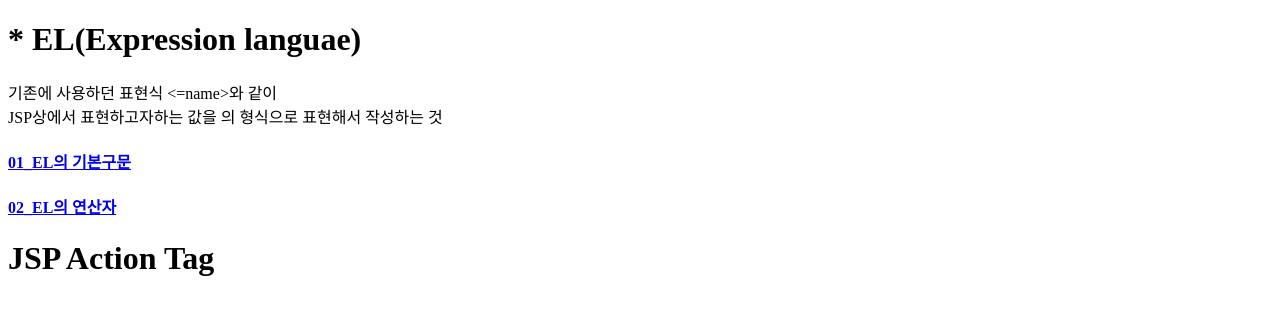
Repository: HwangInTae82/JSPProject
Page: http://localhost/elAction/
These files come from the project's save history. The page is drawn as it stood at one moment and after the next save; the edit follows.
The browser window is 1280 px wide. The pictures show the whole page.
The page is served by Tomcat 10. Other server files are loaded and not shown. The template is opened directly, without the code that normally fills it, so the values that code supplies are empty.

Above is the page before, as saved 2025-02-24 03:05:59.

### elAction/src/main/webapp/index.jsp
<%@ page language="java" contentType="text/html; charset=UTF-8"
    pageEncoding="UTF-8"%>
<!DOCTYPE html>
<html>
<head>
<meta charset="UTF-8">
<title>Insert title here</title>
</head>
<body>
    <h1>* EL(Expression languae)</h1>

    <p>
        기존에 사용하던 표현식 &lt;=name&gt;와 같이 <br>
        JSP상에서 표현하고자하는 값을 ${name}의 형식으로 표현해서 작성하는 것
    </p>

    <h4><a href="el.do">01_EL의 기본구문</a></h4>
	<h4><a href="operation.do">02_EL의 연산자</a></h4>

    <h1>JSP Action Tag</h1>
    <%--
        *JSP를 이루는 구성
        1. 스크립팅 원소 : jsp페이지내에서 자바코드를 사용할 수 있는 기술
        ex) 스크립틀릿, 표현식...

        2. 지시어 : jsp페이지 정보에대한 내용을 표현한다거나 또 다른페이지를 포함할때 사용하던
                  jsp기능을 확장시키는 라이브러리를 등록할 때 사용
    --%>
</body>
</html>

After the next save:
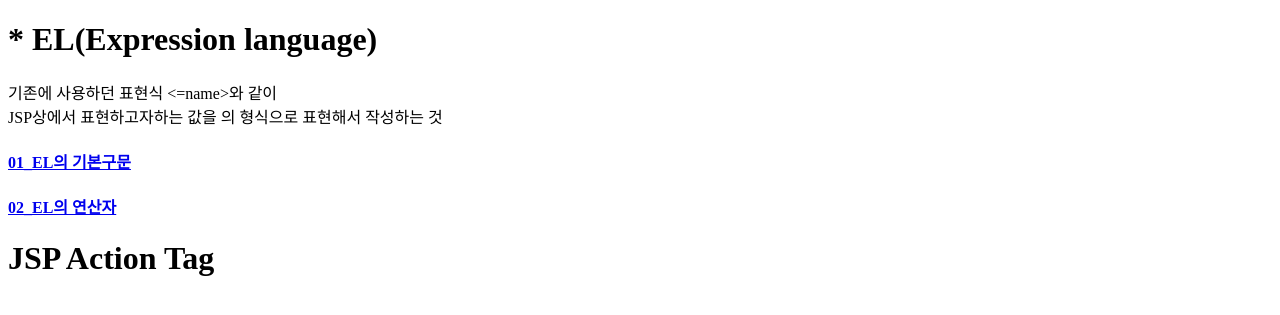
Saved 26 s later.
--- a/elAction/src/main/webapp/index.jsp
+++ b/elAction/src/main/webapp/index.jsp
@@ -7,7 +7,7 @@
 <title>Insert title here</title>
 </head>
 <body>
-    <h1>* EL(Expression languae)</h1>
+    <h1>* EL(Expression language)</h1>
 
     <p>
         기존에 사용하던 표현식 &lt;=name&gt;와 같이 <br>
